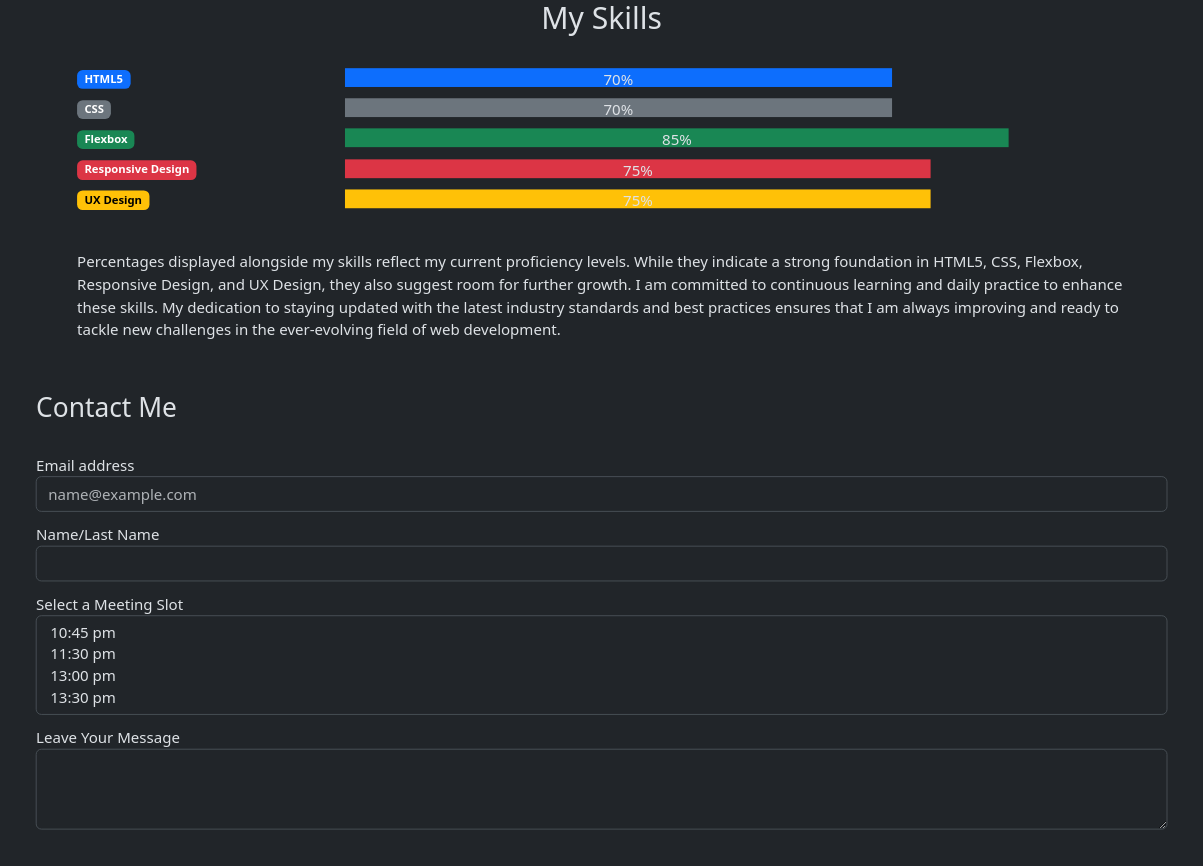
Repository: uvee35/Bootstrap-Portfolio
Page: index.html
The author's editor kept a copy of each file at every save. The page is drawn from the files as they stood at one save, then again after the next save.
The browser window is 1280 px wide. The pictures show the part of the page from y = 1074 to 2114 px (the page is 1995 px tall before and 2114 px after), at 94% of full size.
A picture or video elsewhere on the page could not be fetched, so the positions and the page height are approximate.

Above is the page before, as saved 2023-12-18 20:12:31.

### index.html
<!DOCTYPE html>
<html lang="en" data-bs-theme="dark">
  <head>
    <meta charset="utf-8" />
    <meta name="viewport" content="width=device-width, initial-scale=1" />
    <title>Bootstrap demo</title>
    <link
      href="https://cdn.jsdelivr.net/npm/bootstrap@5.3.2/dist/css/bootstrap.min.css"
      rel="stylesheet"
      integrity="sha384-T3c6CoIi6uLrA9TneNEoa7RxnatzjcDSCmG1MXxSR1GAsXEV/Dwwykc2MPK8M2HN"
      crossorigin="anonymous"
    />
    <link rel="stylesheet" href="./css/style.css" />
    <link
      rel="stylesheet"
      href="https://cdnjs.cloudflare.com/ajax/libs/font-awesome/5.15.4/css/all.min.css"
    />
  </head>
  <body>
    <!-- Navbar -->
    <nav class="navbar navbar-expand-lg navbar-light bg-dark">
      <div class="container-fluid">
        <!-- Brand/logo -->
        <a class="navbar-brand" href="#home">Victor Marques</a>
        <i class="fab fa-html5"></i>

        <!-- Toggle button for small screens -->
        <button
          class="navbar-toggler"
          type="button"
          data-bs-toggle="collapse"
          data-bs-target="#navbarNavAltMarkup"
          aria-controls="navbarNavAltMarkup"
          aria-expanded="false"
          aria-label="Toggle navigation"
        >
          <span class="navbar-toggler-icon"></span>
        </button>

        <!-- Navbar links -->
        <div
          class="collapse navbar-collapse justify-content-end"
          id="navbarNavAltMarkup"
        >
          <div class="navbar-nav">
            <a class="nav-link" href="#about-me">About Me</a>
            <a class="nav-link" href="#work">Work</a>
            <a class="nav-link" href="#work">Skills</a>
            <a class="nav-link" href="#contact">Contact</a>
          </div>
        </div>
      </div>
    </nav>

    <!-- Hero Section -->
    <section class="hero-section bg-dark text-center py-5">
      <div class="container">
        <img
          src="./css/images/victor.JPG"
          alt="Your Name"
          class="rounded-circle mb-3"
          style="width: 150px; height: 150px"
        />
        <h1 class="display-4">Victor Marques</h1>
        <p class="lead">Front-end Developer | Creative Designer</p>
        <p>
          Welcome to my professional portfolio. Here you can find a showcase of
          my work, projects I've contributed to, and the skills I bring to the
          table.
        </p>
      </div>
      <button type="button" class="btn btn-primary btn-lg">Let's Talk</button>
      <button type="button" class="btn btn-secondary btn-lg">My Skills</button>
    </section>

    <!-- Cards -->
    <div class="container-fluid" id="work">
      <div class="row">
        <h1 class="col-12" style="text-align: center; padding-top: 30px">
          My Portfolio
        </h1>
        <!-- Card 1 -->
        <div class="cardContainer col-lg-3 col-md-3 col-sm-6 padding-top">
          <div class="card">
            <img
              src="./css/images/card1photo.png"
              class="card-img-top"
              alt="..."
            />
            <div class="card-body">
              <h4 class="card-title">Horiseon Website</h4>
              <p class="card-text">
                Horiseon is a website crafted with HTML and CSS, focusing on
                accessibility and search engine optimization...
              </p>
              <a
                href="https://uvee35.github.io/Victor-Module1Challenge/"
                class="btn btn-primary"
                >See Live Demo</a
              >
            </div>
          </div>
        </div>
        <!-- End card 1 -->

        <!-- Card 2 -->
        <div class="cardContainer col-lg-3 col-md-3 col-sm-6">
          <div class="card">
            <img src="./css/images/card2.png" class="card-img-top" alt="..." />
            <div class="card-body">
              <h4 class="card-title">Portfolio</h4>
              <p class="card-text">
                This portfolio website, built using HTML, CSS, and Flexbox,
                features a modern and responsive design...
              </p>
              <a
                href="https://uvee35.github.io/Challenge2-Victor/."
                class="btn btn-primary"
                >See Live Demo</a
              >
            </div>
          </div>
        </div>
        <!-- End card 2 -->

        <!-- Card 3 -->
        <div class="cardContainer col-lg-3 col-md-3 col-sm-6">
          <div class="card">
            <img src="./css/images/card3.png" class="card-img-top" alt="..." />
            <div class="card-body">
              <h4 class="card-title">NiceAdmin</h4>
              <p class="card-text">
                NiceAdmin is a website designed using HTML, CSS, and Bootstrap,
                offering a user-friendly admin and dashboard interface...
              </p>
              <a
                href="https://bootstrapmade.com/demo/NiceAdmin/"
                class="btn btn-primary"
                >See Live Demo</a
              >
            </div>
          </div>
        </div>
        <!-- End card 3 -->
        <!-- Card 4 -->
        <div class="cardContainer col-lg-3 col-md-3 col-sm-6">
          <div class="card">
            <img src="./css/images/card4.png" class="card-img-top" alt="..." />
            <div class="card-body">
              <h4 class="card-title">EstateAgency</h4>
              <p class="card-text">
                EstateAgency is a sleek, Bootstrap-based real estate website
                template, ideal for agencies and realtors...
              </p>
              <a
                href="https://bootstrapmade.com/demo/EstateAgency/"
                class="btn btn-primary"
                >See Live Demo</a
              >
            </div>
          </div>
        </div>
        <!-- End card 4 -->
      </div>
    </div>
    <!-- End cards -->

    <!-- Skills Section -->
    <div class="container-fluid" id="Skills">
      <div class="row mb-4">
        <h2 class="col-12" style="text-align: center; padding-top: 20px">
          My Skills
        </h2>
      </div>

      <div class="container">
        <div class="row align-items-center mb-2">
          <div class="col-md-3">
            <span class="badge text-bg-primary">HTML5</span>
          </div>
          <div class="col-md-9">
            <div
              class="bg-primary"
              style="width: 70%; height: 20px; text-align: center"
            >
              70%
            </div>
          </div>
        </div>
        <div class="row align-items-center mb-2">
          <div class="col-md-3">
            <span class="badge text-bg-secondary">CSS</span>
          </div>
          <div class="col-md-9">
            <div
              class="bg-secondary"
              style="width: 70%; height: 20px; text-align: center"
            >
              70%
            </div>
          </div>
        </div>
        <div class="row align-items-center mb-2">
          <div class="col-md-3">
            <span class="badge text-bg-success">Flexbox</span>
          </div>
          <div class="col-md-9">
            <div
              class="bg-success"
              style="width: 85%; height: 20px; text-align: center"
            >
              85%
            </div>
          </div>
        </div>
        <div class="row align-items-center mb-2">
          <div class="col-md-3">
            <span class="badge text-bg-danger">Responsive Design</span>
          </div>
          <div class="col-md-9">
            <div
              class="bg-danger"
              style="width: 75%; height: 20px; text-align: center"
            >
              75%
            </div>
          </div>
        </div>
        <div class="row align-items-center mb-2">
          <div class="col-md-3">
            <span class="badge text-bg-warning">UX Design</span>
          </div>
          <div class="col-md-9">
            <div
              class="bg-warning"
              style="width: 75%; height: 20px; text-align: center"
            >
              75%
            </div>
          </div>
        </div>

        <p style="padding-top: 35px">
          Percentages displayed alongside my skills reflect my current
          proficiency levels. While they indicate a strong foundation in HTML5,
          CSS, Flexbox, Responsive Design, and UX Design, they also suggest room
          for further growth. I am committed to continuous learning and daily
          practice to enhance these skills. My dedication to staying updated
          with the latest industry standards and best practices ensures that I
          am always improving and ready to tackle new challenges in the
          ever-evolving field of web development.
        </p>
      </div>
    </div>

    <!-- Contact Me -->

    <form style="padding: 3%" style="display: flex; justify-content: center">
      <h3>Contact Me</h3>
      <div class="form-group" style="padding-top: 2%">
        <label for="exampleFormControlInput1">Email address</label>
        <input
          type="email"
          class="form-control"
          id="exampleFormControlInput1"
          placeholder="name@example.com"
        />
      </div>
      <div class="form-group" style="margin-top: 1%">
        <label for="exampleFormControlInput1">Name/Last Name</label>
        <input type="text" class="form-control" id="description" />
      </div>
      <div class="form-group" style="margin-top: 1%">
        <label for="exampleFormControlSelect2">Select a Meeting Slot</label>
        <select multiple class="form-control" id="exampleFormControlSelect2">
          <option>10:45 pm</option>
          <option>11:30 pm</option>
          <option>13:00 pm</option>
          <option>13:30 pm</option>
        </select>
      </div>
      <div class="form-group" style="margin-top: 1%">
        <label for="exampleFormControlTextarea1">Leave Your Message</label>
        <textarea
          class="form-control"
          id="exampleFormControlTextarea1"
          rows="3"
        ></textarea>
      </div>
    </form>

    <script
      src="https://cdn.jsdelivr.net/npm/bootstrap@5.3.2/dist/js/bootstrap.bundle.min.js"
      integrity="sha384-C6RzsynM9kWDrMNeT87bh95OGNyZPhcTNXj1NW7RuBCsyN/o0jlpcV8Qyq46cDfL"
      crossorigin="anonymous"
    ></script>
  </body>
</html>

### css/style.css
.hero-section {
    background-color: #121212; /* Dark background color */
    color: #ffffff; /* White text color for contrast */
    position: relative; /* Position relative for absolute positioning of buttons */
    z-index: 1; /* Ensure the layering is correct */
  }


  .hero-buttons {
    position: absolute;
    bottom: 20px;
    left: 50%;
    transform: translateX(-50%); /* Center the buttons */
    z-index: 2; /* Above the background image */
  }

  /* If you have a specific background image you want to use */
  .hero-section {
    background-image: url('./images/planet-1702788_1920.jpg');
    background-size: cover;
    background-position: center;
  }

After the next save:
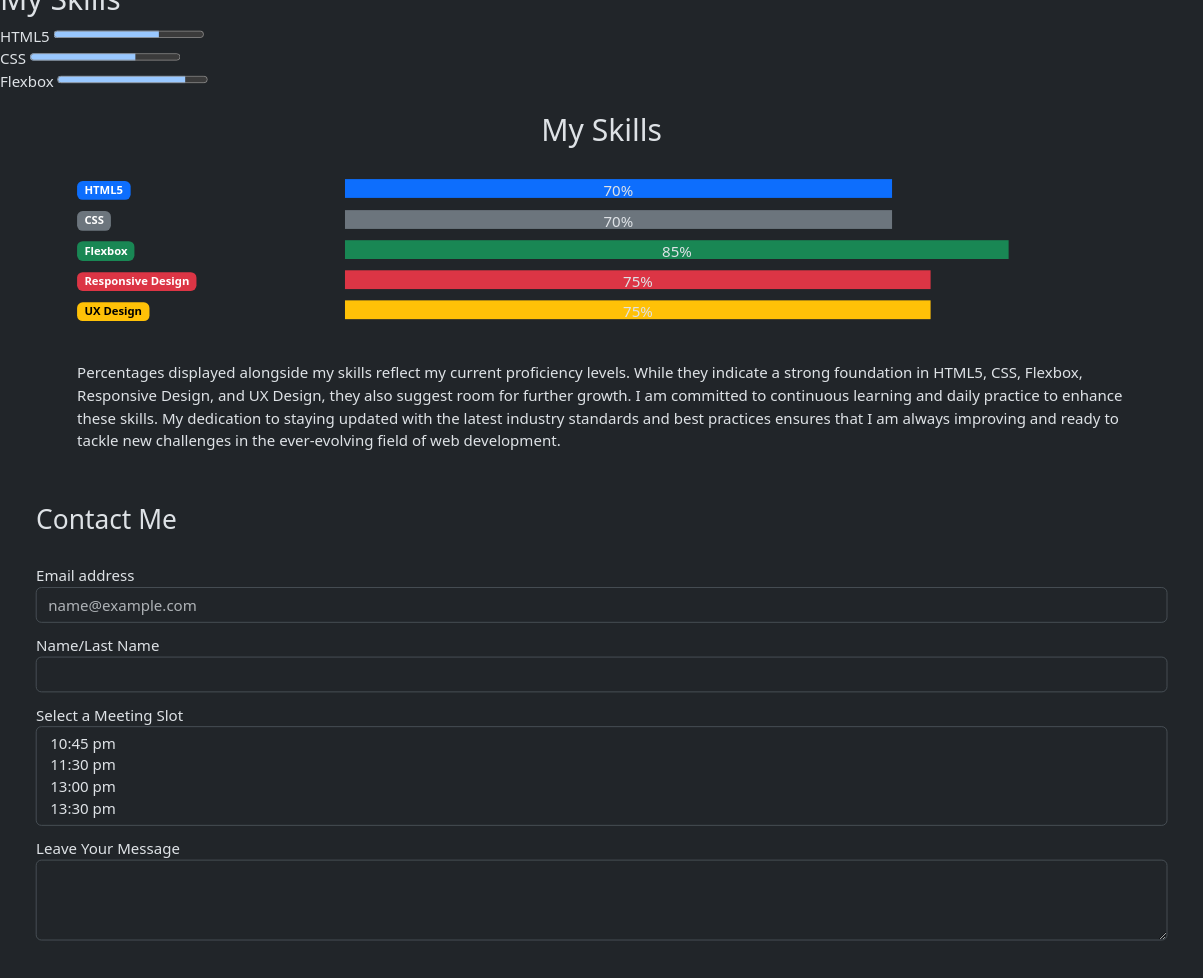
Saved 2 min 37 s later.
--- a/index.html
+++ b/index.html
@@ -166,6 +166,20 @@
     <!-- End cards -->
 
     <!-- Skills Section -->
+    <div class="skills-section">
+      <h2>My Skills</h2>
+      <div class="skill">
+        <label for="html5">HTML5</label>
+        <progress id="html5" value="70" max="100">70%</progress>
+      </div>
+      <div class="skill">
+        <label for="css">CSS</label>
+        <progress id="css" value="70" max="100">70%</progress>
+      </div>
+      <div class="skill">
+        <label for="flexbox">Flexbox</label>
+        <progress id="flexbox" value="85" max="100">85%</progress>
+      </div>
     <div class="container-fluid" id="Skills">
       <div class="row mb-4">
         <h2 class="col-12" style="text-align: center; padding-top: 20px">

After the save that followed:
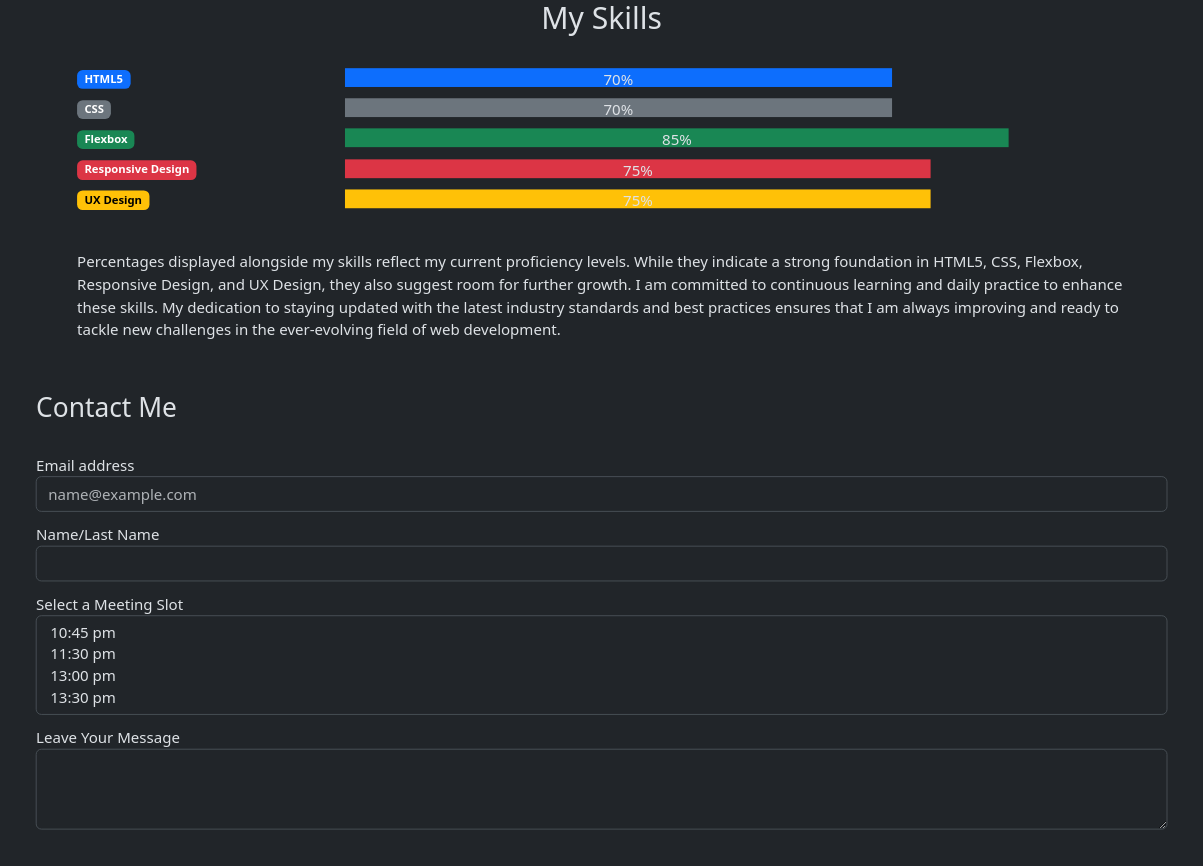
Saved 11 s later.
--- a/index.html
+++ b/index.html
@@ -166,20 +166,7 @@
     <!-- End cards -->
 
     <!-- Skills Section -->
-    <div class="skills-section">
-      <h2>My Skills</h2>
-      <div class="skill">
-        <label for="html5">HTML5</label>
-        <progress id="html5" value="70" max="100">70%</progress>
-      </div>
-      <div class="skill">
-        <label for="css">CSS</label>
-        <progress id="css" value="70" max="100">70%</progress>
-      </div>
-      <div class="skill">
-        <label for="flexbox">Flexbox</label>
-        <progress id="flexbox" value="85" max="100">85%</progress>
-      </div>
+
     <div class="container-fluid" id="Skills">
       <div class="row mb-4">
         <h2 class="col-12" style="text-align: center; padding-top: 20px">
